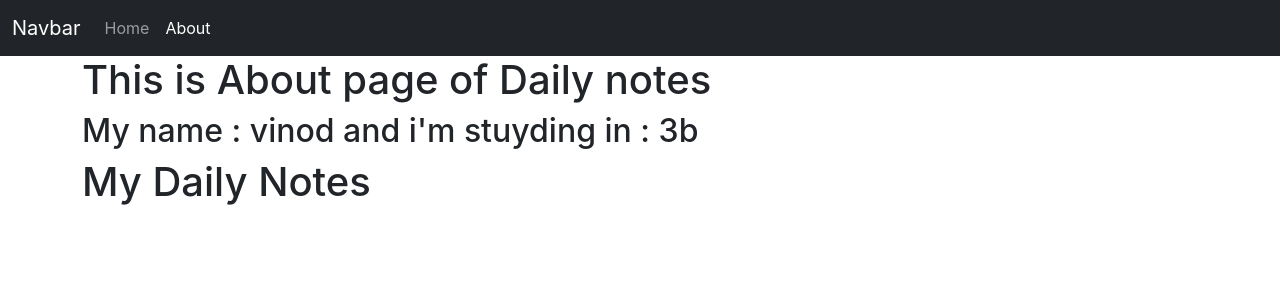
Repository: alphacode77/DailyNotes-react
Page: /about
The author's editor kept a copy of each file at every save. The page is drawn from the files as they stood at one save, then again after the next save.
The browser window is 1280 px wide. The pictures show the whole page.
The project was rebuilt for these pictures with package versions that can differ from the ones it lists, and the page was loaded fresh each time. Also part of the build but not shown: src/App.css, src/components/Home.js.

Above is the page before, as saved 2023-02-22 18:07:22.

After the next save:
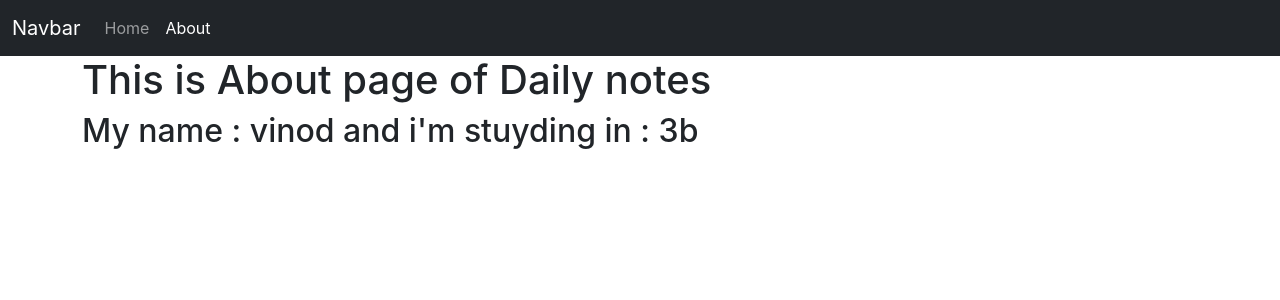
Saved 8 s later.
--- a/src/App.js
+++ b/src/App.js
@@ -21,7 +21,6 @@ function App() {
       <Route exact path="/about" element={<About/>} />
       {/* <Route exactPath="/navbar" element={<Navbar/>} /> */}
     </Routes>
-    <h1>My Daily Notes</h1>
     </div>
   </Router>
   </NoteState>
